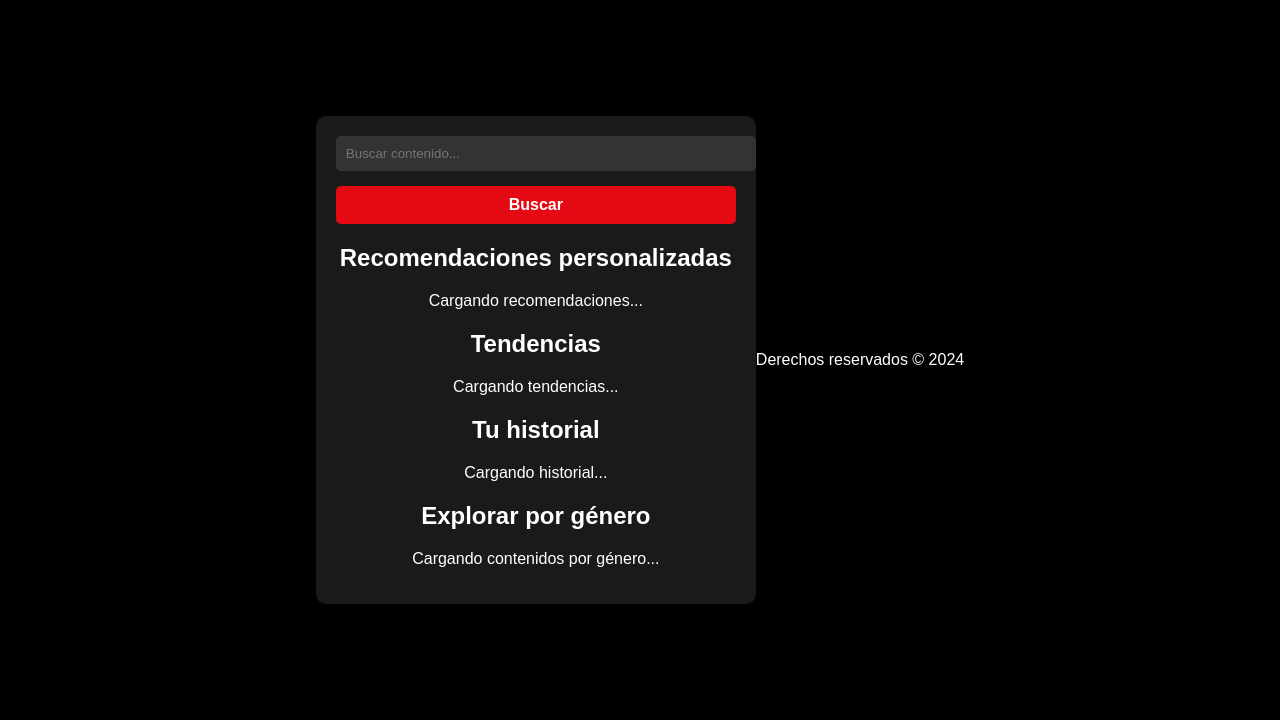
Repository: pperez02/AnalisisUsuarios
Page: Interfaz/templates/pantalla_principal.html
These files come from the project's save history. The page is drawn as it stood at one moment and after the next save; the edit follows.
The browser window is 1280 px wide. The pictures show the whole page.

Above is the page before, as saved 2024-11-21 19:09:39.

### Interfaz/templates/pantalla_principal.html
<!DOCTYPE html>
<html lang="es">
<head>
    <meta charset="UTF-8">
    <meta name="viewport" content="width=device-width, initial-scale=1.0">
    <title>Pantalla Principal</title>
    <link rel="stylesheet" href="/static/style.css">
</head>
<body>
    <div class="container">
        <!-- Barra de búsqueda -->
        <div class="search-bar">
            <input type="text" placeholder="Buscar contenido...">
            <button>Buscar</button>
        </div>

        <!-- Sección de recomendaciones personalizadas -->
        <div class="section">
            <h2>Recomendaciones personalizadas</h2>
            <div id="recomendaciones">
                <p>Cargando recomendaciones...</p>
            </div>
        </div>

        <!-- Sección de tendencias -->
        <div class="section">
            <h2>Tendencias</h2>
            <div id="tendencias">
                <p>Cargando tendencias...</p>
            </div>
        </div>

        <!-- Sección de historial -->
        <div class="section">
            <h2>Tu historial</h2>
            <div id="historial">
                <p>Cargando historial...</p>
            </div>
        </div>

        <!-- Sección de géneros -->
        <div class="section">
            <h2>Explorar por género</h2>
            <div id="generos">
                <p>Cargando contenidos por género...</p>
            </div>
        </div>
    </div>
    <footer>
        <p>Derechos reservados &copy; 2024</p>
    </footer>
</body>
</html>

### Interfaz/static/style.css
/* General body styling */
body {
    margin: 0;
    padding: 0;
    font-family: Arial, sans-serif;
    background-color: #000; /* Fondo negro */
    color: #fff; /* Texto blanco */
    display: flex;
    justify-content: center; /* Centra horizontalmente */
    align-items: center; /* Centra verticalmente */
    height: 100vh; /* Altura completa de la ventana */
}

/* Contenedor central */
.container {
    background-color: #1a1a1a; /* Fondo gris oscuro */
    border-radius: 10px; /* Bordes redondeados */
    box-shadow: 0 4px 8px rgba(0, 0, 0, 0.6); /* Sombra alrededor */
    padding: 20px; /* Espaciado interno */
    max-width: 400px; /* Ancho máximo */
    width: 100%; /* Asegura que se adapte a tamaños pequeños */
    text-align: center; /* Centra el contenido */
}

/* Estilo del encabezado */
.container h1 {
    font-size: 24px;
    margin-bottom: 20px; /* Espacio debajo del título */
}

/* Estilo de las etiquetas */
.container label {
    display: block; /* Cada etiqueta en una nueva línea */
    margin: 10px 0 5px; /* Margen arriba y abajo */
    font-weight: bold;
}

/* Estilo de los campos de entrada */
.container input, .container select {
    width: 100%; /* Ocupar todo el ancho */
    padding: 10px; /* Espaciado interno */
    margin-bottom: 15px; /* Espaciado inferior */
    border: none; /* Sin borde */
    border-radius: 5px; /* Bordes redondeados */
    background-color: #333; /* Fondo gris oscuro */
    color: #fff; /* Texto blanco */
}

/* Estilo del botón */
.container button {
    width: 100%; /* Botón ocupa todo el ancho */
    padding: 10px;
    border: none;
    border-radius: 5px;
    background-color: #e50914; /* Rojo Netflix */
    color: #fff;
    font-size: 16px;
    font-weight: bold;
    cursor: pointer;
    transition: background-color 0.3s; /* Animación suave */
}

.container button:hover {
    background-color: #f40612; /* Rojo más brillante */
}

/* Espaciado para evitar que los elementos se peguen al fondo */
.container form {
    margin: 0;
}

After the next save:
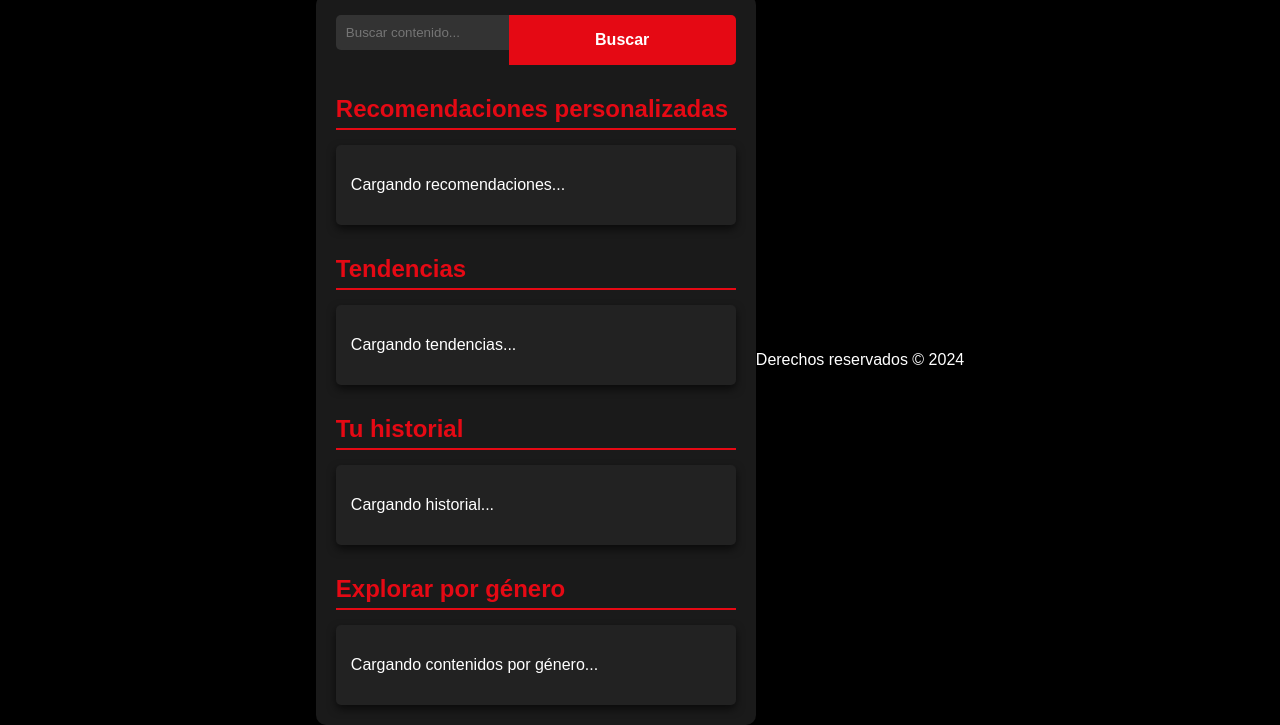
Saved 79 s later.
--- a/Interfaz/static/style.css
+++ b/Interfaz/static/style.css
@@ -68,3 +68,54 @@ body {
 .container form {
     margin: 0;
 }
+
+/* Barra de búsqueda */
+.search-bar {
+    display: flex;
+    justify-content: center;
+    margin-bottom: 20px;
+}
+
+.search-bar input {
+    width: 70%;
+    padding: 10px;
+    border: none;
+    border-radius: 5px 0 0 5px;
+    background-color: #333;
+    color: #fff;
+}
+
+.search-bar button {
+    padding: 10px;
+    border: none;
+    border-radius: 0 5px 5px 0;
+    background-color: #e50914;
+    color: #fff;
+    font-weight: bold;
+    cursor: pointer;
+}
+
+.search-bar button:hover {
+    background-color: #f40612;
+}
+
+/* Secciones */
+.section {
+    margin-top: 30px;
+    text-align: left;
+}
+
+.section h2 {
+    color: #e50914;
+    border-bottom: 2px solid #e50914;
+    padding-bottom: 5px;
+    margin-bottom: 15px;
+}
+
+.section div {
+    background-color: #222;
+    border-radius: 5px;
+    padding: 15px;
+    color: #fff;
+    box-shadow: 0 4px 8px rgba(0, 0, 0, 0.6);
+}
